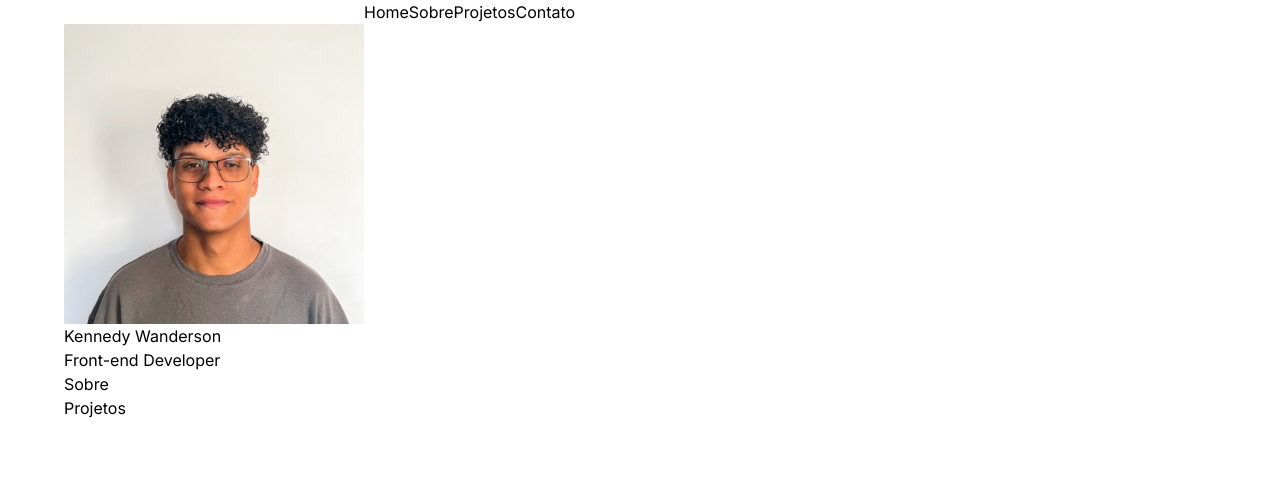
Repository: KennedyWanderson/landing
Page: /
The author's editor kept a copy of each file at every save. The page is drawn from the files as they stood at one save, then again after a run of saves.
The browser window is 1280 px wide. The pictures show the whole page.
The project was rebuilt for these pictures with package versions that can differ from the ones it lists, and the page was loaded fresh each time. The framework's server and built-in components were replaced by stand-ins that run in the browser. Also part of the build but not shown: next.config.js.

Above is the page before, as saved 2024-01-03 15:54:02.

After the next 3 saves:
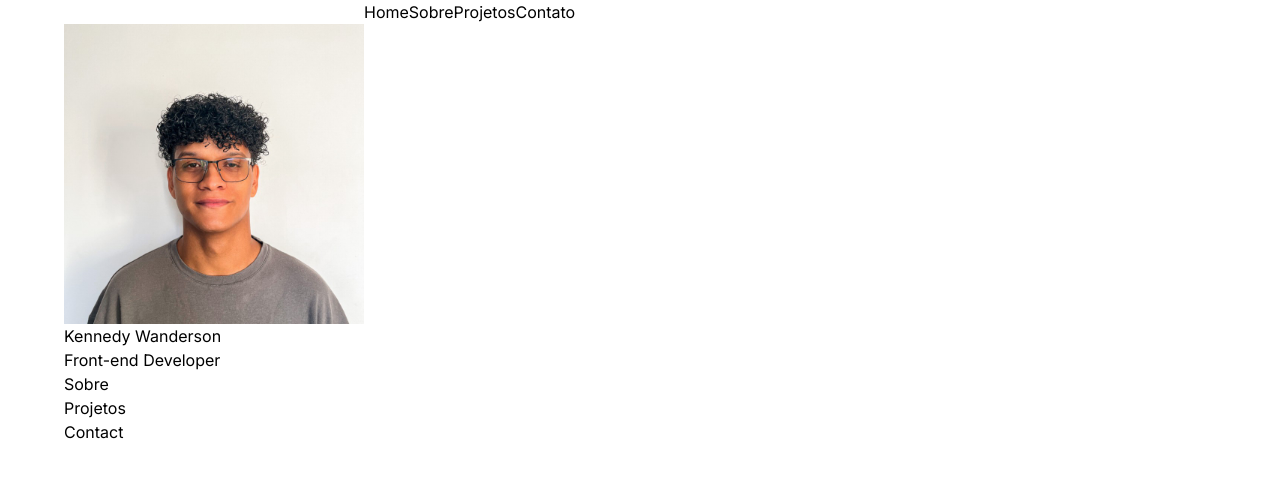
The 3 saves are shown as one change because they came seconds apart.
The last was saved 9 s later.
--- a/src/Components/Content.tsx
+++ b/src/Components/Content.tsx
@@ -3,6 +3,7 @@ import Header from "./Header";
 import Image from "next/image";
 import About from "./About";
 import Projects from "./Projects";
+import Contact from "./Contact";
 
 export default function Content(){
     return(
@@ -16,7 +17,7 @@ export default function Content(){
             </div>
             <About />
             <Projects />
-
+            <Contact />
 
         </Container>
     )
